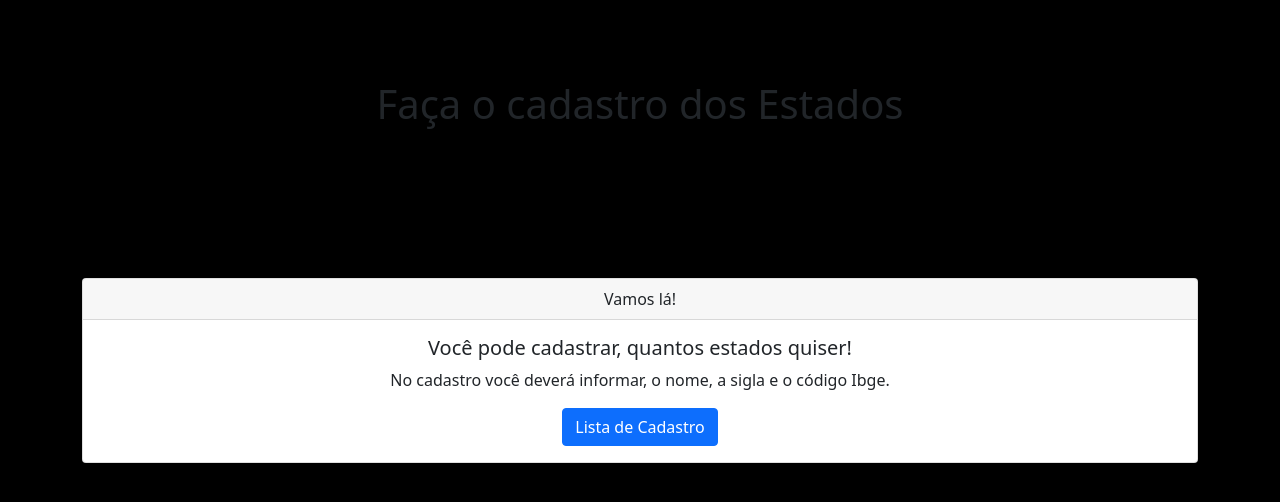
Repository: danielandradedasilva/ProjetoWebJava
Page: http://localhost/projetoweb/
The author's editor kept a copy of each file at every save. The page is drawn from the files as they stood at one save, then again after the next save.
The browser window is 1280 px wide. The pictures show the whole page.
The page is served by Tomcat 9. Other server files are loaded and not shown.

Above is the page before, as saved 2021-05-10 02:04:05.

### projetoweb/src/main/webapp/index.jsp
<%@taglib prefix="c" uri="http://java.sun.com/jsp/jstl/core"%>
<%@taglib prefix="fmt" uri="http://java.sun.com/jsp/jstl/fmt"%>
<%@taglib uri="http://www.springframework.org/tags/form" prefix="form"%>


<%@ page language="java" contentType="text/html; charset=ISO-8859-1"
    pageEncoding="ISO-8859-1"%>
<!DOCTYPE html>
<html>
<head>
<meta charset="ISO-8859-1">
<title>Projeto Web</title>
<link href="https://cdn.jsdelivr.net/npm/bootstrap@5.0.0/dist/css/bootstrap.min.css" rel="stylesheet" integrity="sha384-wEmeIV1mKuiNpC+IOBjI7aAzPcEZeedi5yW5f2yOq55WWLwNGmvvx4Um1vskeMj0" crossorigin="anonymous">
<style type="text/css">
	.card{
		margin-top: 150px;
	}
	h1{
		margin-top: 80px;
	}
	body{
	 background-color: #000000;
	}
</style>
</head>
<body>

	<div class="container">
		<h1 align="center">Faça o cadastro dos Estados</h1>

		<div class="card text-center">
			<div class="card-header">
			   Vamos lá!
			</div>
		 <div class="card-body">
		    <h5 class="card-title"> Você pode cadastrar, quantos estados quiser!</h5>
		    <p class="card-text">No cadastro você deverá informar, o nome, a sigla e o código Ibge.</p>
		    <a href="#" class="btn btn-primary">Lista de Cadastro</a>
		 </div>
	</div>

		<div class="row">
			<div class="col"></div>
		</div>

	</div>

</body>
</html>

After the next save:
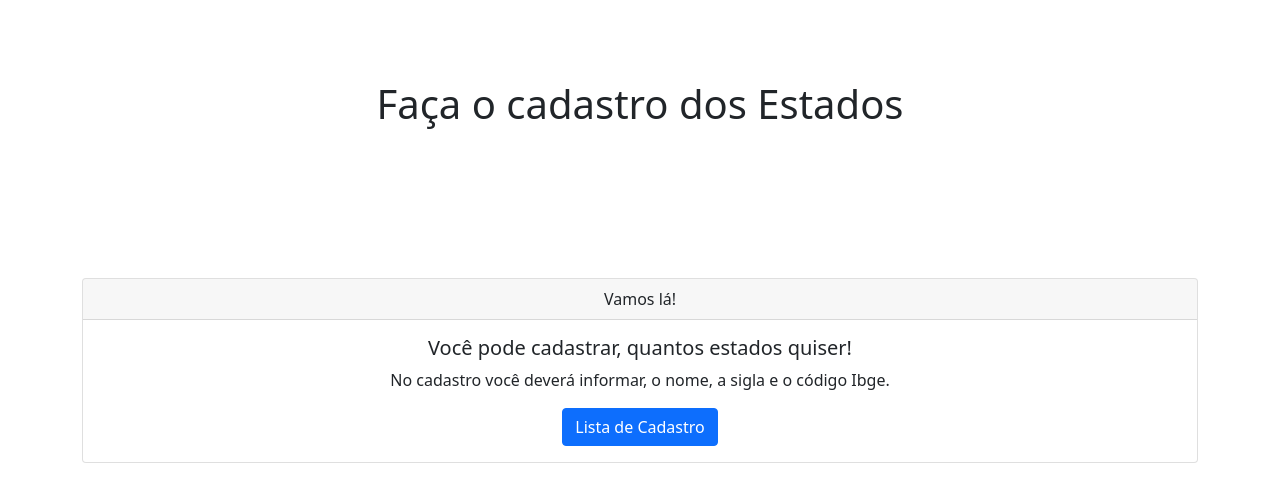
Saved 35 s later.
--- a/projetoweb/src/main/webapp/index.jsp
+++ b/projetoweb/src/main/webapp/index.jsp
@@ -19,7 +19,7 @@
 		margin-top: 80px;
 	}
 	body{
-	 background-color: #000000;
+	 background-color: #fff;
 	}
 </style>
 </head>
